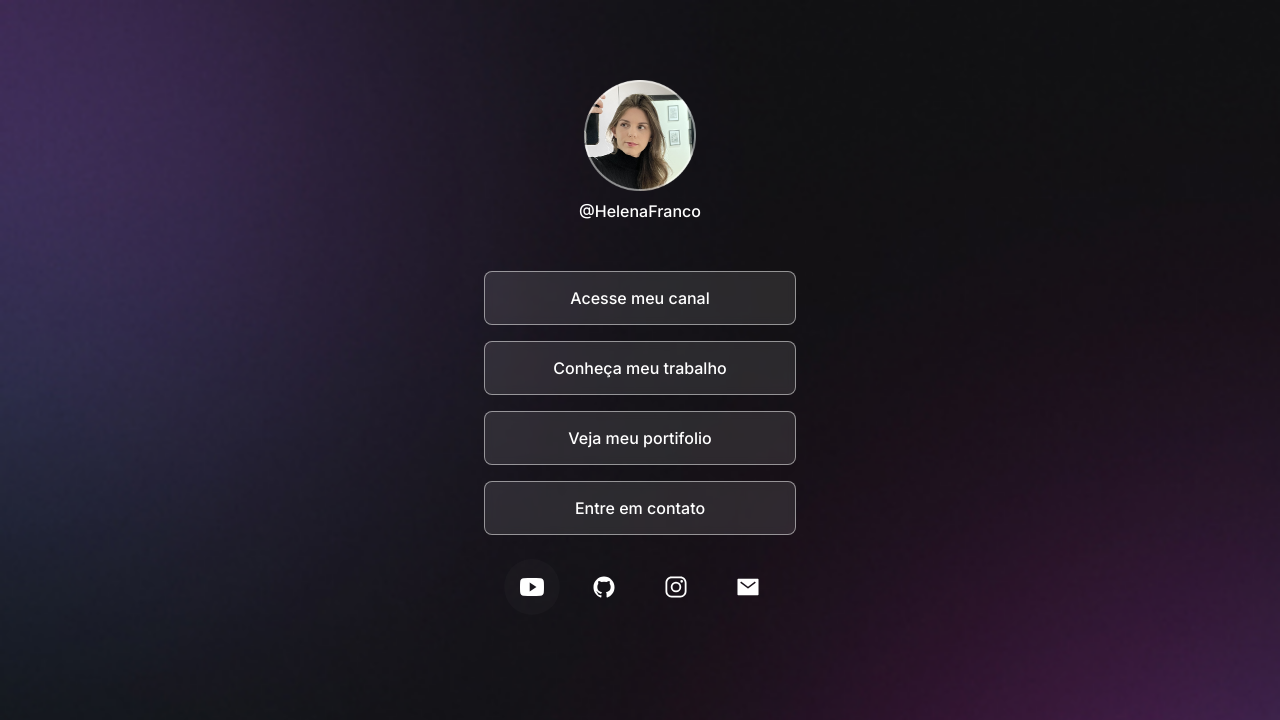
Repository: Fr4nc021/Pagina-de-links-
Page: index.html
The author's editor kept a copy of each file at every save. The page is drawn from the files as they stood at one save, then again after the next save.
The browser window is 1280 px wide. The pictures show the whole page.
The pointer rests on the first visible `#social-links a`.

Above is the page before, as saved 2025-02-13 20:38:22.

### index.html
<!DOCTYPE html>
<html lang="pt-br">
<head>
    <link rel="preconnect" href="https://fonts.googleapis.com">
    <link rel="preconnect" href="https://fonts.gstatic.com" crossorigin>
    <link href="https://fonts.googleapis.com/css2?family=Inter:ital,opsz,wght@0,14..32,100..900;1,14..32,100..900&display=swap" rel="stylesheet">
    <meta charset="UTF-8">
    <meta name="viewport" content="width=device-width, initial-scale=1.0">
    <title>DevLinks</title>
    <link rel="stylesheet" href="style.css">
</head>
<body>
    <div id="container">
    <div id="profile">
    <img
        src="./assets/avatar.png"
        alt="Foto da Helena Franco sorrindo">
        <p>@HelenaFranco</p>
    </div>
    <div>
        <ul>
            <li>
                <a href="#" target="_blank">Acesse meu canal</a>
            </li>
            <li>
                <a href="#" target="_blank">Conheça meu trabalho</a>
            </li>
            <li>
                <a href="#" target="_blank">Veja meu portifolio</a>
            </li>
            <li>
                <a href="#" target="_blank">Entre em contato</a>
            </li>
        </ul>
    </div>
        <div id="social-links">
            <a href="https://www.youtube.com/@FR4NC021" target="_blank">
            <ion-icon name="logo-youtube"></ion-icon></a>

            <a href="https://github.com/Fr4nc021" target="_blank">
            <ion-icon name="logo-github"></ion-icon></a>

            <a href="https://www.instagram.com/h.franco__/" target="_blank">
            <ion-icon name="logo-instagram"></ion-icon></a>

            <a href="https://w.app/doczx7" target="_blank">
            <ion-icon name="mail-sharp"></ion-icon></a>
        </div>
    </div>
    <script
    type="module"
    src="https://unpkg.com/ionicons@7.1.0/dist/ionicons/ionicons.esm.js" ></script>
<script
nomodule
src = "https://unpkg.com/ionicons@7.1.0/dist/ionicons/ionicons.js" ></script>
</body>
</html>

### style.css
* {
    margin: 0%;
    padding: 0%;
    box-sizing: border-box;
}


body {
background: url(./assets/bg-mobile.jpg) no-repeat top center/cover;
}

body * {
        font-family: "Inter", sans-serif;
        color: #ffffff;
      }

#container {
    width: 360px;
    margin: 56px auto 0px;
    padding: 0 24px;
}

#profile img {
    width: 112px;
    display: block;
    margin: auto;

}

#profile {
    text-align: center;
    padding: 24px;
}

#profile p {
    font-weight: 500;
    line-height: 24px;
    margin-top: 8px;
}

/* Links */

ul{
    list-style: none;
    display: flex;
    flex-direction: column;
    gap: 16px;

    padding: 24px 0;
}

ul li a {

        display: flex;
        align-items: center;
        justify-content: center;

        padding: 16px 24px;

        background: rgba(255, 255,255, 0.1);
        border: 1px solid rgba(255, 255, 255, 0.5);
        border-radius: 8px;

        -webkit-backdrop-filter: blur(4px);
        backdrop-filter: blur(4px);

        text-decoration: none;
        font-weight: 500;

        transition: background 0.2s;
    }

    /* pseudo-selector */

    ul li a:hover {
        background: rgba(255, 255, 255, 0.05);
        border: 1.5px solid white;
    }

    #social-links {
        display: flex;
        justify-content: center;
        gap: 16px;

        margin-top: 24px 0;

        font-size:24px;
    }

    #social-links a {
        display: flex;
        align-items: center;
        justify-content: center;
        padding: 16px;
    }


    #social-links a:hover {
        background: rgba(255, 255, 255, 0.02);
        padding: 16px;
        border-radius: 50%;
    }

After the next save:
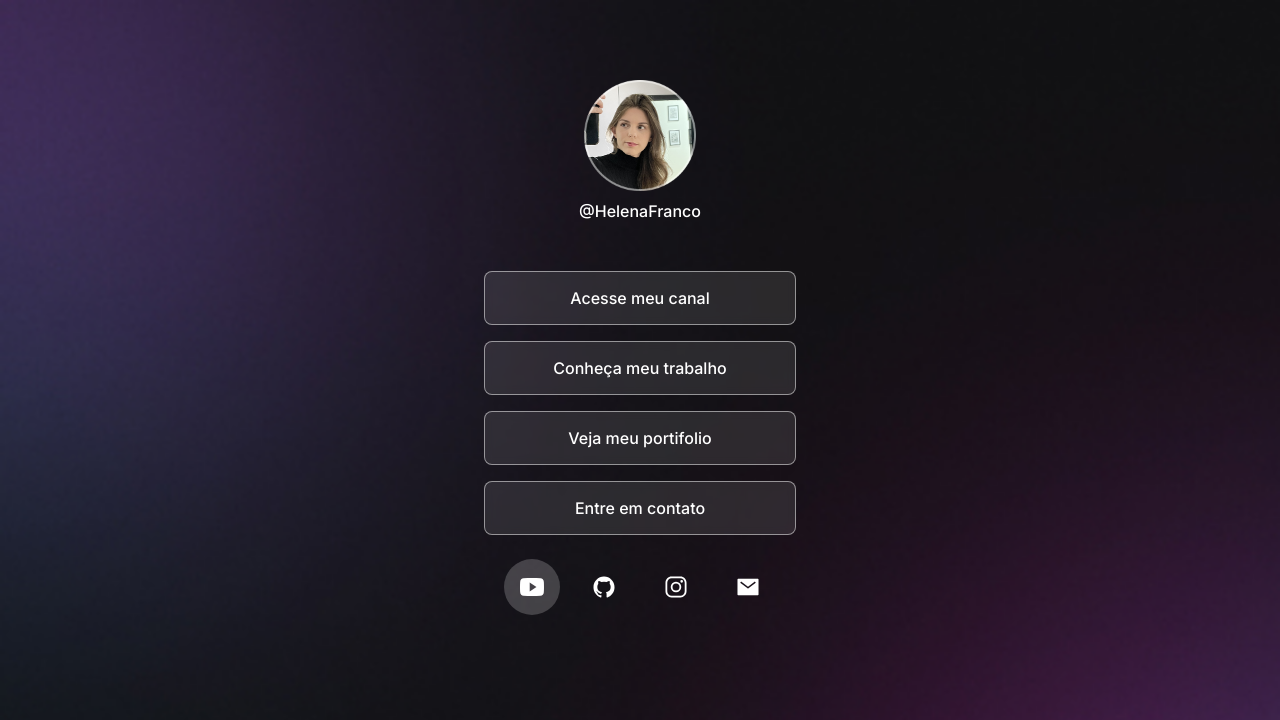
Saved 15 s later.
--- a/style.css
+++ b/style.css
@@ -96,7 +96,7 @@ ul li a {
 
 
     #social-links a:hover {
-        background: rgba(255, 255, 255, 0.02);
+        background: rgba(255, 255, 255, 0.2);
         padding: 16px;
         border-radius: 50%;
     }
